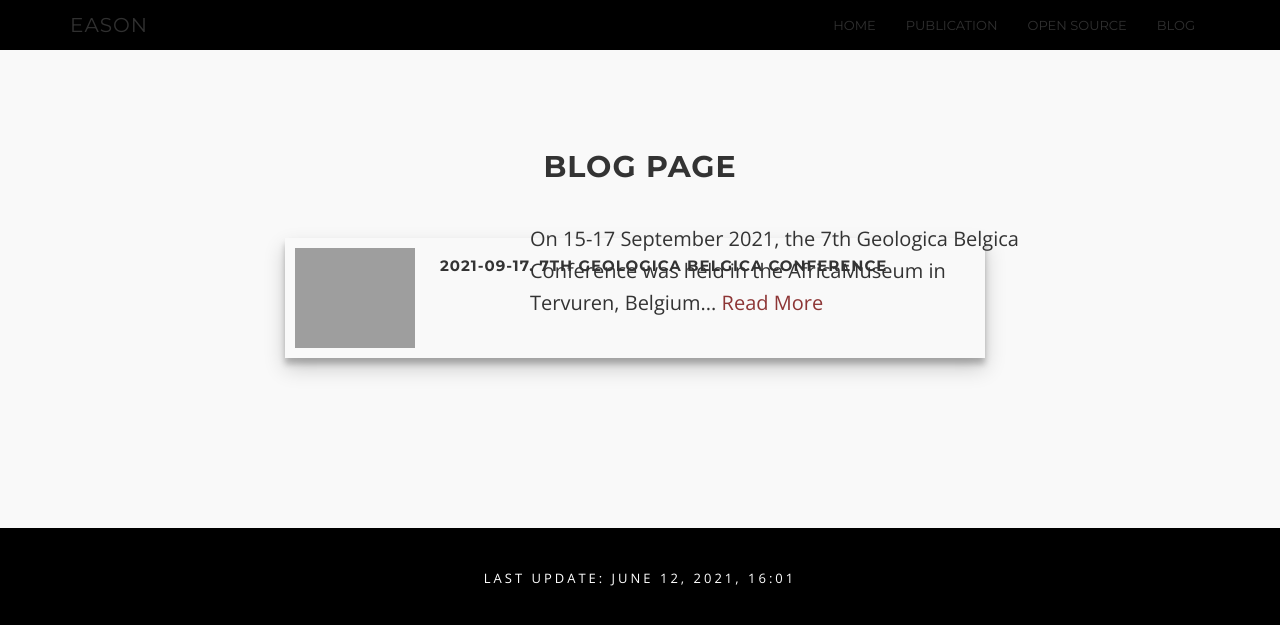
Repository: eazzzon/eazzzon.github.io
Page: blog.html
The author's editor kept a copy of each file at every save. The page is drawn from the files as they stood at one save, then again after the next save.
The browser window is 1280 px wide. The pictures show the whole page.
Pictures or frames that could not be fetched are drawn as grey boxes.

Above is the page before, as saved 2021-09-18 13:27:53.

### blog.html
<!DOCTYPE html>
<html lang="en">
<head>
<meta charset="utf-8">
<meta http-equiv="X-UA-Compatible" content="IE=edge">
<meta name="viewport" content="width=device-width, initial-scale=1">
<meta name="description" content="">
<meta name="author" content="">
<title>yishen.zhang</title>
<!-- Bootstrap Core CSS -->
<link href="css/bootstrap.min.css" rel="stylesheet">
<!-- Custom CSS -->
<link href="css/theme.css" rel="stylesheet">
<!-- Custom Fonts -->
<link href="font-awesome/css/font-awesome.min.css" rel="stylesheet" type="text/css">
<link href="http://fonts.googleapis.com/css?family=Open+Sans:300,400,700,400italic,700italic" rel="stylesheet" type="text/css">
<link href="http://fonts.googleapis.com/css?family=Montserrat:400,700" rel="stylesheet" type="text/css">
<!-- HTML5 Shim and Respond.js IE8 support of HTML5 elements and media queries -->
<!-- WARNING: Respond.js doesn't work if you view the page via file:// -->
<!--[if lt IE 9]>
        <script src="https://oss.maxcdn.com/libs/html5shiv/3.7.0/html5shiv.js"></script>
        <script src="https://oss.maxcdn.com/libs/respond.js/1.4.2/respond.min.js"></script>
    <![endif]-->
</head>
<body id="page-top" data-spy="scroll" data-target=".navbar-fixed-top">
<!-- Navigation -->
<nav class="navbar navbar-custom navbar-fixed-top" role="navigation">
<div class="container">
	<div class="navbar-header">
		<button type="button" class="navbar-toggle" data-toggle="collapse" data-target=".navbar-main-collapse">
		<i class="fa fa-bars"></i>
		</button>
		<a class="navbar-brand page-scroll" href="index.html" style="color: #303030;">
		EASON </a>
	</div>
	<!-- Collect the nav links, forms, and other content for toggling -->
	<div class="collapse navbar-collapse navbar-right navbar-main-collapse">
		<ul class="nav navbar-nav" style="color: #303030;">
			<li>
			<a href="index.html">Home</a>
			</li>
			<li>
			<a href="publication.html">publication</a>
			</li>
			<li>
			<a href="opensource.html">open source</a>
			</li>
			<li>
			<a href="blog.html">blog</a>
			</li>
		</ul>
	</div>
	<!-- /.navbar-collapse -->
</div>
<!-- /.container -->
</nav>

<!-- Page Sample Section -->
<section id="page-sample">


<div class="container content-section text-left">
	<div class='container'>
		<div class="row">
			<h2 class="text-center">BLOG PAGE</h2>
			<div class="col-lg-8 col-lg-offset-2">
				<div class="post-box">
					<img class="box-img" src="https://geologicabelgica2021.africamuseum.be/sites/default/files/media/images/Logo%20Geologica%20Belgica.png" alt="lower crust foundering" />
					<div class="box-text">
						<a  href="post20210917.html">
							<h4 class="box-text">2021-09-17. 7th Geologica Belgica Conference </h4>
						</a>
						<p class="p">On 15-17 September 2021, the 7th Geologica Belgica Conference was held in the AfricaMuseum in Tervuren, Belgium... <a href="post20210917.html" style="color:rgb(141, 53, 53);">Read More</a></p>
					</div>
				</div>
				</div>

			</div>
		</div>
	</div>
</div>
</section>




<!-- Footer -->
<footer>
<div class="container text-center">
	<p class="credits">
		last update: June 12, 2021, 16:01
	</p>
</div>
</footer>
<!-- jQuery -->
<script src="js/jquery.js"></script>
<!-- Bootstrap Core JavaScript -->
<script src="js/bootstrap.min.js"></script>
<!-- Plugin JavaScript -->
<script src="js/jquery.easing.min.js"></script>
<!-- Custom Theme JavaScript -->
<script src="js/theme.js"></script>
</body>
</html>

### css/theme.css
/* Aries v1.0 - by WowThemes.net */
body {
	width:100%;
	height:100%;
	font-family:Open Sans,"Helvetica Neue",Helvetica,Arial,sans-serif;
	color:#fff;
	background-color:#000;
	 font-weight:300;
}
html {
	width:100%;
	height:100%;
}
h1,h2,h3,h4,h5,h6 {
	margin:0 0 35px;
	text-transform:uppercase;
	font-family:Montserrat,"Helvetica Neue",Helvetica,Arial,sans-serif;
	font-weight:700;
	letter-spacing:1px;
}
p {
	margin:0 0 25px;
	font-size:18px;
	line-height:1.5;
}
@media(min-width:768px) {
	p {
		margin:0 0 35px;
		font-size:20px;
		line-height:1.6;
	}
}
a {
	color:inherit;
	-webkit-transition:all .2s ease-in-out;
	-moz-transition:all .2s ease-in-out;
	transition:all .2s ease-in-out;
}
a:hover,a:focus {
	text-decoration:none;
	color:inherit;
}
.light {
	font-weight:400;
}
.navbar-custom {
	margin-bottom:0;
	border-bottom:1px solid rgba(255,255,255,.3);
	text-transform:uppercase;
	font-family:Montserrat,"Helvetica Neue",Helvetica,Arial,sans-serif;
	background-color:#000;
}
.navbar-custom .navbar-brand {
	font-size:20px;
	text-transform:none;
	letter-spacing:1px;
}
.navbar-custom .navbar-brand:focus {
	outline:0;
}
.navbar-custom .navbar-brand .navbar-toggle {
	padding:4px 6px;
	font-size:16px;
	color:#fff;
}
.navbar-custom .navbar-brand .navbar-toggle:focus,.navbar-custom .navbar-brand .navbar-toggle:active {
	outline:0;
}
.navbar-custom a {
}
.navbar-custom .nav li a {
	-webkit-transition:background .3s ease-in-out;
	-moz-transition:background .3s ease-in-out;
	transition:background .3s ease-in-out;
}
.navbar-custom .nav li a:hover {
	outline:0;
	color:#1ba39c;
	background-color:transparent;
}
.navbar-custom .nav li a:focus,.navbar-custom .nav li a:active {
	outline:0;
	background-color:transparent;
}
.navbar-custom .nav li.active {
	outline:0;
}
.navbar-custom .nav li.active a {
	color:#1ba39c;
}
.navbar-custom .nav li.active a:hover {
	color:#1ba39c;
}
@media(min-width:768px) {
	.navbar-custom {
		padding:20px 0;
		border-bottom:0;
		font-size:13px;
		background:0 0;
		-webkit-transition:background .5s ease-in-out,padding .5s ease-in-out;
		-moz-transition:background .5s ease-in-out,padding .5s ease-in-out;
		transition:background .5s ease-in-out,padding .5s ease-in-out;
	}
		 .navbar-custom.top-nav-collapse {
		 padding:0;
		border-bottom:1px solid rgba(255,255,255,.3);
		color:#333;
			background:#fff;
	}
	.navbar-custom.top-nav-collapse a {
		color:#333;
		display:inline-block;
	}
}
.intro {
	display:table;
	width:100%;
	height:auto;
	padding:100px 0 100px 0;
	text-align:center;
	color:#fff;
	background-image:radial-gradient(circle at 50% 50%,rgba(95, 94, 94, 0.46),rgba(56, 56, 56, 0.88)), url('labelled.png');
	-webkit-background-size:cover;
	-moz-background-size:cover;
	background-size:cover;
	-o-background-size:cover;
}
.intro .intro-body {
	display:table-cell;
	vertical-align:middle;
}
.intro .intro-body .brand-heading {
	font-size:40px;
}
.intro .intro-body .intro-text {
	font-size:18px;
}
@media(min-width:768px) {
	.intro {
		height:100%;
		padding:0;
	}
	.intro .intro-body .brand-heading {
		font-size:60px;
		margin-top:90px;
		margin-bottom:20px;
		border-top:2px solid #fff;
		border-bottom:2px solid #fff;
		display:inline-block;
		padding:10px 0;
	}
	.intro .intro-body .intro-text {
		font-size:20px;
			font-weight:300;
			letter-spacing:3px;
	}
}
.btn-circle {
	width:50px;
	height:50px;
	margin-top:15px;
	line-height:40px;
	text-align:center;
	border:2px solid #fff;
	border-radius:100%!important;
	font-size:20px;
	color:#fff;
	background:0 0;
	-webkit-transition:background .3s ease-in-out;
	-moz-transition:background .3s ease-in-out;
	transition:background .3s ease-in-out;
}
.btn-circle:hover,.btn-circle:focus {
	outline:0;
	color:#fff;
	background:rgba(255,255,255,.1);
}
.btn-circle i.animated {
	-webkit-transition-property:-webkit-transform;
	-webkit-transition-duration:1s;
	-moz-transition-property:-moz-transform;
	-moz-transition-duration:1s;
}
.btn-circle:hover i.animated {
	-webkit-animation-name:pulse;
	-moz-animation-name:pulse;
	-webkit-animation-duration:1.5s;
	-moz-animation-duration:1.5s;
	-webkit-animation-iteration-count:infinite;
	-moz-animation-iteration-count:infinite;
	-webkit-animation-timing-function:linear;
	-moz-animation-timing-function:linear;
}
@-webkit-keyframes pulse {
	0% {
		-webkit-transform:scale(1);
		transform:scale(1);
	}
	50% {
		-webkit-transform:scale(1.2);
		transform:scale(1.2);
	}
	100% {
		-webkit-transform:scale(1);
		transform:scale(1);
	}
}
@-moz-keyframes pulse {
	0% {
		-moz-transform:scale(1);
		transform:scale(1);
	}
	50% {
		-moz-transform:scale(1.2);
		transform:scale(1.2);
	}
	100% {
		-moz-transform:scale(1);
		transform:scale(1);
	}
}
.content-section {
	padding:40px 0;
	clear:both;
}
@media(min-width:767px) {
	.content-section {
		padding:150px 0;
			 clear:both;
	}
}
.btn {
	border-radius:0;
	text-transform:uppercase;
	font-family:Montserrat,"Helvetica Neue",Helvetica,Arial,sans-serif;
	font-weight:400;
	-webkit-transition:all .3s ease-in-out;
	-moz-transition:all .3s ease-in-out;
	transition:all .3s ease-in-out;
}
.btn-default {
	border:1px solid #42dca3;
	color:#42dca3;
	background-color:transparent;
}
.btn-default:hover,.btn-default:focus {
	border:1px solid #42dca3;
	outline:0;
	color:#000;
	background-color:#42dca3;
}
ul.banner-social-buttons {
	margin-top:0;
}
@media(max-width:1199px) {
	ul.banner-social-buttons {
		margin-top:15px;
	}
}
@media(max-width:767px) {
	ul.banner-social-buttons li {
		display:block;
		margin-bottom:20px;
		padding:0;
	}
	ul.banner-social-buttons li:last-child {
		margin-bottom:0;
	}
}
footer {
	padding:40px 0;
	z-index:1;
	position:relative;
	clear:both;
}
footer p {
	margin:0;
	font-size:15px;
}
footer p.credits {
	text-transform:uppercase;
	font-size:13px;
	letter-spacing:3px;
}
::-moz-selection {
	text-shadow:none;
	background:#fcfcfc;
	background:rgba(255,255,255,.2);
}
::selection {
	text-shadow:none;
	background:#fcfcfc;
	background:rgba(255,255,255,.2);
}
img::selection {
	background:0 0;
}
img::-moz-selection {
	background:0 0;
}
body {
	webkit-tap-highlight-color:rgba(255,255,255,.2);
}
.bgblue {
	background:#22292c;
}
.inlineblock {
	display:inline-block;
}
p:last-child {
	margin-bottom:0;
}
p.lead {
	line-height:1.9;
}
.btnghost {
	border:2px solid #333;
	background-color:transparent;
	padding:15px 20px;
	letter-spacing:3px;
	font-size:12px;
	text-transform:uppercase;
	font-weight:400;
	color:#333;
	margin-top:20px;
	display:inline-block;
}
.btnghost:hover {
	background-color:#333;
	color:#fff;
	border:2px solid #333;
}
.bgcover {
	background-size:cover;
	background-repeat:no-repeat;
	position:relative;
}
img {
	max-width:100%;
}
.gallery ul {
	padding:0;
	margin:0;
}
.gallery img {
	max-width:100%;
	height:auto;
	padding:0;
	margin:0;
}
.gallery ul li {
	margin:0;
	position:relative;
	list-style:none;
	float:left;
	padding:0;
}
.gallery ul li a {
	display:block;
	position:relative;
	width:100%;
	height:100%;
	margin:0;
	padding:0;
	line-height:0;
}
.gallery ul li a:before {
	position:absolute;
	width:32px;
	height:32px;
	top:40%;
	left:50%;
	margin:-14px 0 0 -16px;
	/* background: url(data:[embedded picture, 2228 characters]) no-repeat; */
	content:"";
	opacity:0;
	z-index:1;
	-webkit-transition:all 0.3s linear;
	-moz-transition:all 0.3s linear;
	transition:all 0.3s linear;
}
.gallery ul li a:hover:before {
	top:50%;
	opacity:1;
}
.gallery ul li a:after {
	position:absolute;
	width:100%;
	top:0;
	bottom:0;
	background:rgba(0,0,0,0.3);
	content:"";
	opacity:0;
	-webkit-transition:all 0.3s linear;
	-moz-transition:all 0.3s linear;
	transition:all 0.3s linear;
}
.gallery ul li a:hover:after {
	opacity:1;
}
section:after {
	float:none;
	clear:both;
}
section {
	background-color:#f9f9f9;
	color:#333;
	overflow:hidden;
}
.done {
	display:none;
}
.error input,input.error,.error textarea,textarea.error {
	background-color:#ffffff;
	border-bottom:2px solid orangered !Important;
	-webkit-transition:border linear 0.2s,box-shadow linear 0.2s;
	-moz-transition:border linear 0.2s,box-shadow linear 0.2s;
	-o-transition:border linear 0.2s,box-shadow linear 0.2s;
	transition:border linear 0.2s,box-shadow linear 0.2s;
}

/* post-box style */
.post-box {
	width: 700px;
	height: 120px;
	margin: 20px;
	box-shadow: 0 10px 20px rgba(0, 0, 0, 0.19), 0 6px 6px rgba(0, 0, 0, 0.23);
  }

  .box-img {
	width: 120px;
	height: 100px;
	padding: 0px;
	margin: 10px;
  }

  .box-text {
	margin: 0px;
	position: absolute;
	font-size: 15px;
	padding: 50px;
	top: -5px;
	left: 70px;
  }

  .p {
	padding: 50px;
	margin: 10px;
	position: relative;
	bottom: 100px;
	left: 100px;
  }

  .p2 {
	padding: 0px;
	margin: 0px;
	font-size: 10px;
	position: relative;
	left: 25px;
  }

### js/theme.js
// jQuery to collapse the navbar on scroll
$(window).scroll(function() {
    if ($(".navbar").offset().top > 50) {
        $(".navbar-fixed-top").addClass("top-nav-collapse");
    } else {
        $(".navbar-fixed-top").removeClass("top-nav-collapse");
    }
});

// jQuery for page scrolling feature - requires jQuery Easing plugin
$(function() {
    $('a.page-scroll').bind('click', function(event) {
        var $anchor = $(this);
        $('html, body').stop().animate({
            scrollTop: $($anchor.attr('href')).offset().top
        }, 1500, 'easeInOutExpo');
        event.preventDefault();
    });
});

// Closes the Responsive Menu on Menu Item Click
$('.navbar-collapse ul li a').click(function() {
    $('.navbar-toggle:visible').click();
});

Loaded but not shown: css/bootstrap.min.css (library); font-awesome/css/font-awesome.min.css (library); js/jquery.js (library); js/bootstrap.min.js (library); js/jquery.easing.min.js (library)

After the next save:
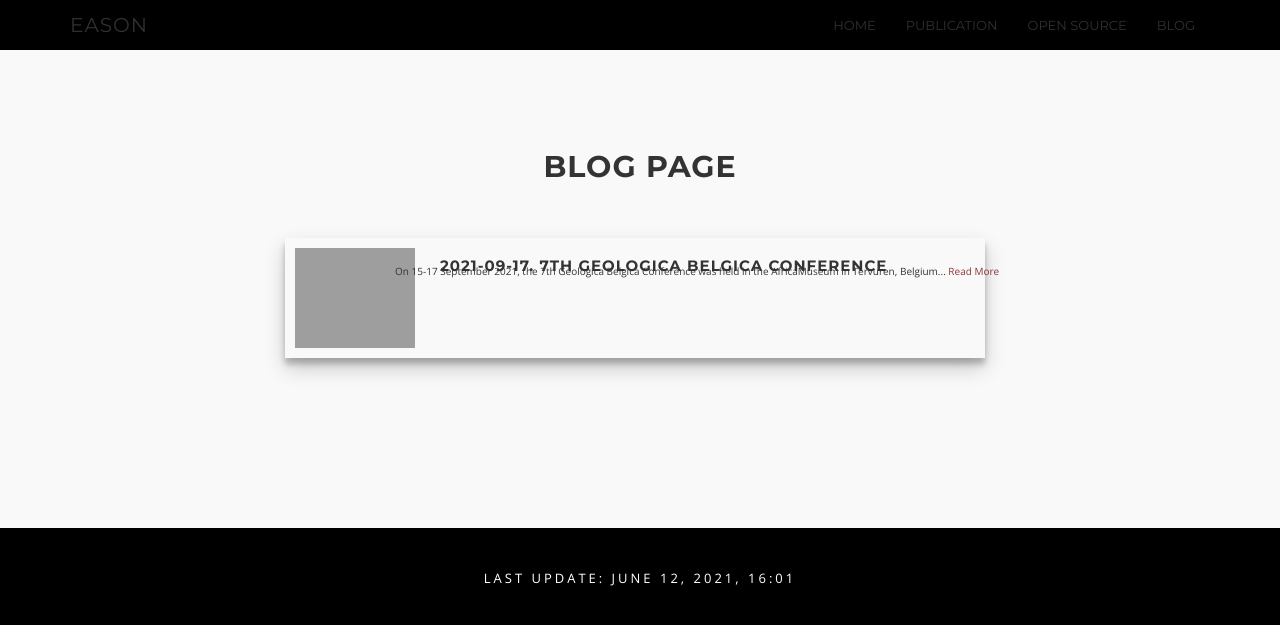
Saved 8 s later.
--- a/blog.html
+++ b/blog.html
@@ -70,7 +70,7 @@
 						<a  href="post20210917.html">
 							<h4 class="box-text">2021-09-17. 7th Geologica Belgica Conference </h4>
 						</a>
-						<p class="p">On 15-17 September 2021, the 7th Geologica Belgica Conference was held in the AfricaMuseum in Tervuren, Belgium... <a href="post20210917.html" style="color:rgb(141, 53, 53);">Read More</a></p>
+						<p class="p2">On 15-17 September 2021, the 7th Geologica Belgica Conference was held in the AfricaMuseum in Tervuren, Belgium... <a href="post20210917.html" style="color:rgb(141, 53, 53);">Read More</a></p>
 					</div>
 				</div>
 				</div>
